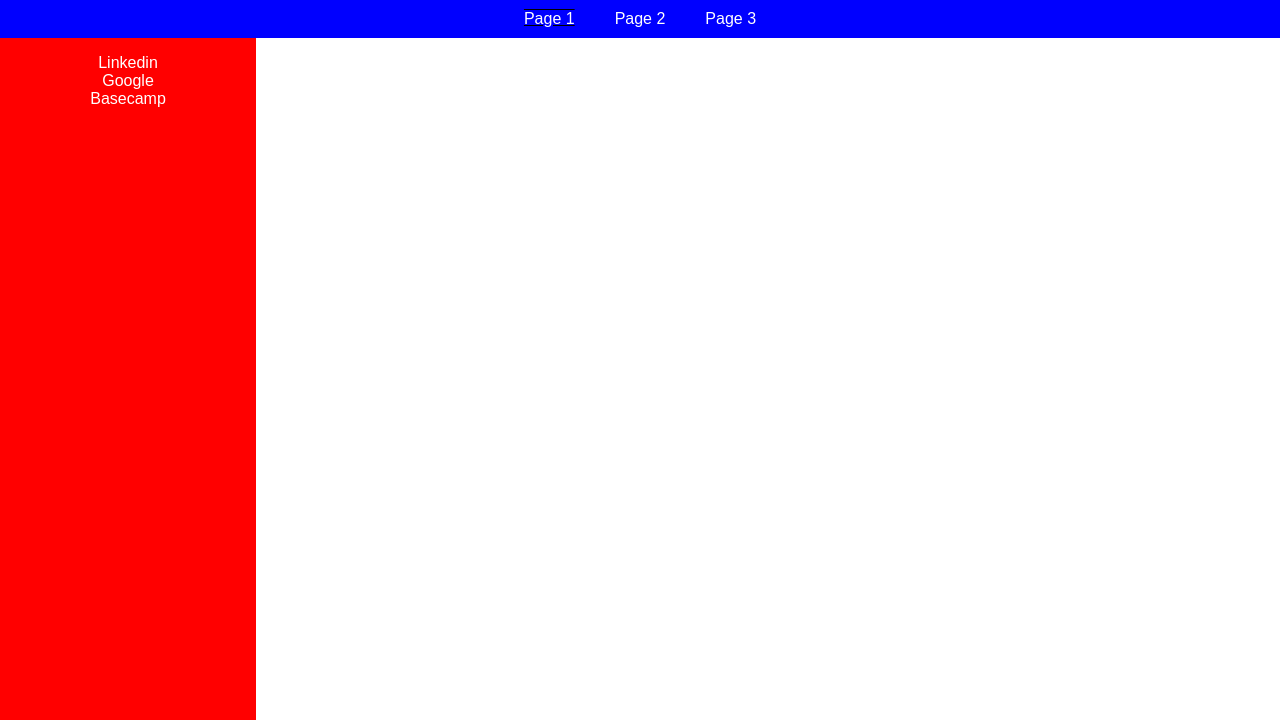
Repository: rishondass/ITMD361-Lab6
Page: index.html
These files come from the project's save history. The page is drawn as it stood at one moment and after the next save; the edit follows.
The browser window is 1280 px wide. The pictures show the whole page.

Above is the page before, as saved 2023-03-07 20:31:39.

After the next save:
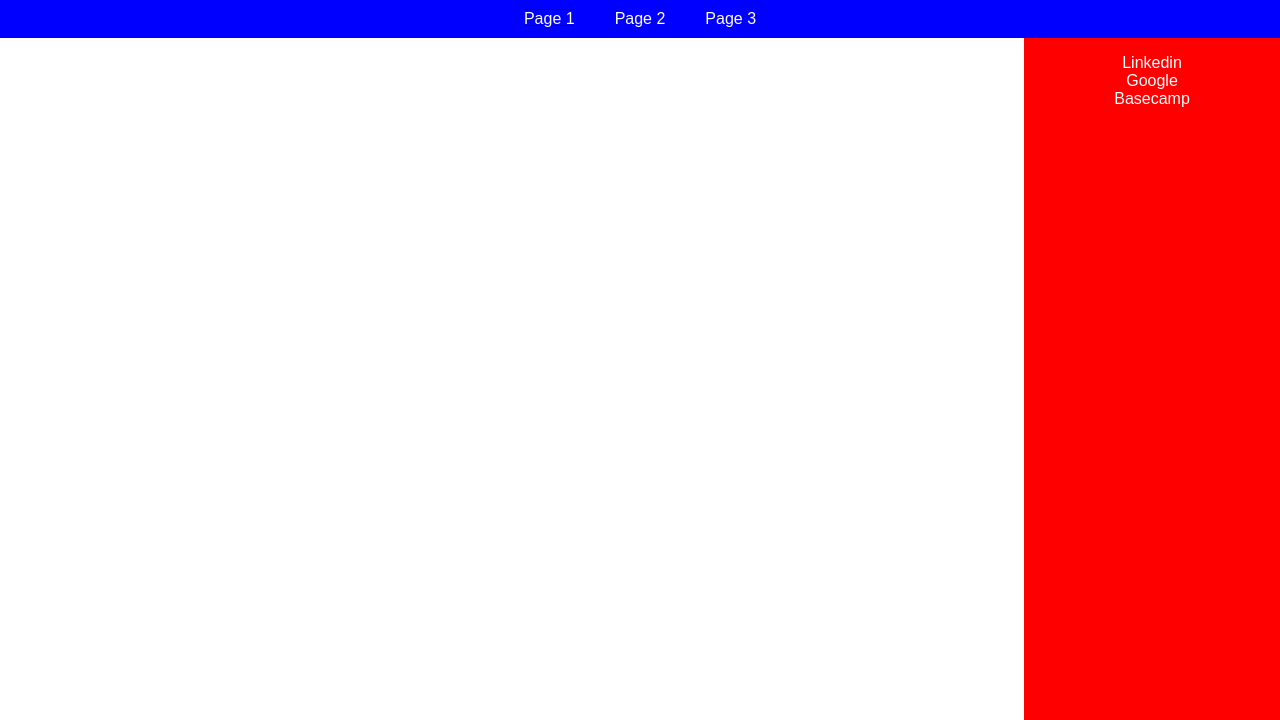
Saved 5 s later.
--- a/css/style.css
+++ b/css/style.css
@@ -3,6 +3,7 @@
     position: fixed;
     width: 20%;
     height: 100%;
+    right: 0%;
 }
 
 #sidebar ul{
